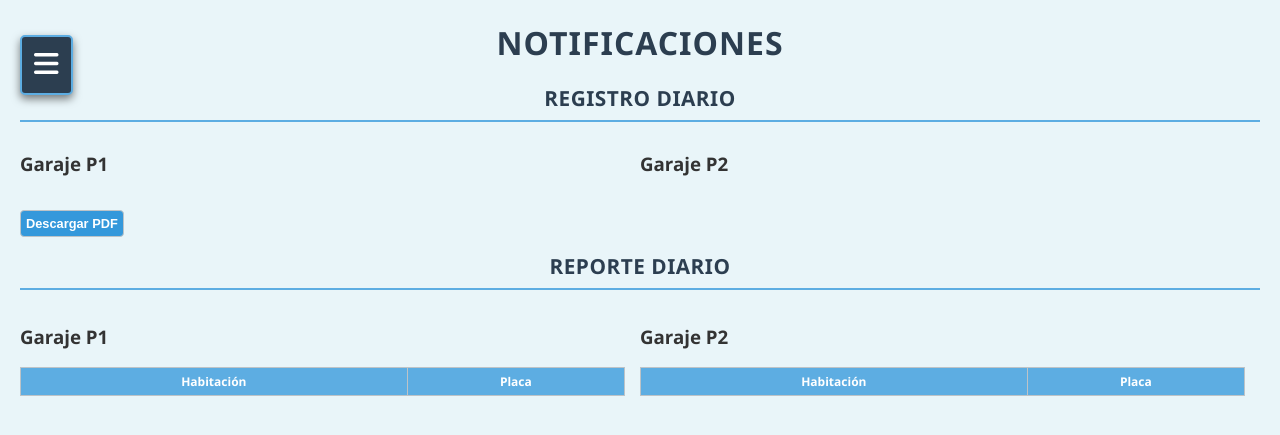
Repository: EddyWebz/base-datos
Page: privado/report.html
An editor plug-in stored every save of this project. The page is shown before and after the next save, followed by the edit.
The browser window is 1280 px wide. The pictures show the whole page.
The page's requests for data from a server got no answer.

Above is the page before, as saved 2024-08-29 20:37:10.

### privado/report.html
<!DOCTYPE html>
<html lang="es">
<head>
    <meta charset="UTF-8">
    <meta name="viewport" content="width=device-width, initial-scale=1, maximum-scale=1, user-scalable=no"> <!-- Desactiva el zoom -->
    <title>Notificaciones y Reportes de Vehículos</title>
    <!-- Vinculación al archivo CSS de notificaciones -->
    <link rel="apple-touch-icon" sizes="180x180" href="/ico.rep/apple-touch-icon.png">
    <link rel="icon" type="image/png" sizes="32x32" href="/ico.rep/favicon-32x32.png">
    <link rel="icon" type="image/png" sizes="16x16" href="/ico.rep/favicon-16x16.png">
    <link rel="manifest" href="/ico.rep/site.webmanifest">
    <link rel="stylesheet" href="/notif.css">
    <!-- Iconos de Font Awesome -->
    <link rel="stylesheet" href="https://cdnjs.cloudflare.com/ajax/libs/font-awesome/6.0.0-beta3/css/all.min.css">
    <script src="https://cdnjs.cloudflare.com/ajax/libs/html2pdf.js/0.9.2/html2pdf.bundle.min.js"></script>
</head>
<body>
    <!-- Menú desplegable -->
    <div class="dropdown-menu">
        <button class="menu-icon">
            <i class="fas fa-bars"></i> <!-- Ícono de Font Awesome -->
        </button>
        <div class="dropdown-content">
            <a href="#" id="home-link">Inicio</a>
            <a href="#" id="home-link">Configuración</a>
            <a href="#" id="home-link">Contactanos</a>
            <a href="#" id="logout-button">Cerrar Sesión</a>
        </div>
    </div>

    <!-- Encabezado de la página -->
    <header>
        <h1>Notificaciones</h1>
    </header>

    <!-- Sección de Notificaciones Activas -->
    <section id="notificaciones">
        <h2>Registro Diario</h2>
        <div class="notificaciones-garajes">
            <div class="garaje">
                <h3>Garaje P1</h3>
                <div id="notificaciones-contenedor-P1" class="notificaciones-contenedor">
                    <!-- Las notificaciones dinámicas de P1 se insertarán aquí -->
                </div>
            </div>
            <div class="garaje">
                <h3>Garaje P2</h3>
                <div id="notificaciones-contenedor-P2" class="notificaciones-contenedor">
                    <!-- Las notificaciones dinámicas de P2 se insertarán aquí -->
                </div>
            </div>
        </div>
    </section>

    <!-- Sección de Reportes -->
    <form id="form-reporte">
        <!-- Botón de Imprimir -->
        <button type="button" id="btn-imprimir">Descargar PDF</button>
    </form>
    <h2>Reporte Diario</h2>

    <div class="reportes-garajes" id="Imprimir">
        <div class="garaje">
            <h3>Garaje P1</h3>
            <table id="tabla-reporte-P1" class="compact-table">
                <thead>
                    <tr>
                        <th>Habitación</th>
                        <th>Placa</th>
                    </tr>
                </thead>
                <tbody>
                    <!-- Las filas de datos se insertarán dinámicamente aquí -->
                </tbody>
            </table>
        </div>

        <div class="garaje">
            <h3>Garaje P2</h3>
            <table id="tabla-reporte-P2" class="compact-table">
                <thead>
                    <tr>
                        <th>Habitación</th>
                        <th>Placa</th>
                    </tr>
                </thead>
                <tbody>
                    <!-- Las filas de datos se insertarán dinámicamente aquí -->
                </tbody>
            </table>
        </div>
    </div>

    <!-- Vinculación al archivo JavaScript de notificaciones y reportes -->
    <script src="/report.js"></script>
</body>
</html>

### BASE-2/notif.css
/* Estilos Generales */
body {
    font-family: 'Segoe UI', Tahoma, Geneva, Verdana, sans-serif;
    background-color: #e9f5f9; /* Un fondo azul claro suave */
    color: #333;
    margin: 20px;
    padding: 0;
    box-sizing: border-box;
}

/* Encabezado */
header h1 {
    text-align: center;
    color: #2c3e50;
    font-size: 1.7em;
    margin-bottom: 11px;
    text-transform: uppercase;
    letter-spacing: 1px;
    animation: fadeIn 1s ease-in-out;
}

/* Estilo unificado para h2 */
h2 {
    color: #2c3e50; /* Un color azul oscuro */
    font-size: 1.3em; /* Tamaño de fuente ajustado */
    font-weight: bold;
    text-align: center; /* Centrar los títulos */
    margin-top: 15px;
    margin-bottom: 15px;
    padding-bottom: 8px;
    border-bottom: 2px solid #5dade2; /* Añadir un borde inferior para separar visualmente */
    letter-spacing: 0.5px;
    text-transform: uppercase; /* Convertir a mayúsculas para consistencia */
    animation: fadeIn 1s ease-in-out;
}

/* Sección de Notificaciones */
#notificaciones h2 {
    margin-bottom: 10px;
    animation: fadeIn 1s ease-in-out;
}

.notificaciones-garajes {
    display: flex;
    justify-content: space-between; /* Permite que los contenedores de garaje ocupen todo el ancho */
}

.garaje {
    flex: 1;
    margin-right: 15px; /* Reducir espacio entre columnas de garajes */
}

.notificaciones-contenedor {
    display: flex;
    flex-direction: column;
    gap: 3px; /* Reducir el espacio entre notificaciones */
    animation: slideInUp 0.5s ease-in-out;
}

.notificacion {
    background-color: #ffffff;
    border-left: 3px solid #5dade2; /* Azul suave para el borde */
    padding: 3px; /* Reducir padding interno */
    box-shadow: 0 2px 4px rgba(0, 0, 0, 0.1);
    border-radius: 4px;
    width: 100%;  /* Ocupa todo el ancho disponible */
    transition: transform 0.3s ease, box-shadow 0.3s ease;
    cursor: pointer;
    font-size: 0.9em; /* Reducir tamaño de la fuente */
}

.notificacion:hover {
    transform: translateY(-2px);
    box-shadow: 0 4px 6px rgba(0, 0, 0, 0.15);
}

/* Botón Descargar PDF */
button {
    padding: 8px 16px; /* Reducir tamaño del botón */
    background-color: #3498db;
    border: none;
    border-radius: 5px;
    color: white;
    font-weight: bold;
    cursor: pointer;
    transition: background-color 0.3s ease;
    margin-top: 15px; /* Agregar margen superior para separarlo del contenido */
}

button:hover {
    background-color: #2980b9;
}

/* Sección de Reportes */
#reportes h2 {
    margin-bottom: 10px;
    animation: fadeIn 1s ease-in-out;
}

#form-reporte {
    display: flex;
    flex-wrap: wrap;
    gap: 10px;
    margin-bottom: 10px;
}

#form-reporte input, #form-reporte button {
    padding: 5px;
    border-radius: 4px;
    border: 1px solid #bdc3c7;
    font-size: 0.8em;
}

#form-reporte button {
    background-color: #3498db; /* Azul suave para el botón */
    color: #ffffff;
    cursor: pointer;
    transition: background-color 0.3s ease, transform 0.3s ease;
}

#form-reporte button:hover {
    background-color: #2980b9; /* Azul más oscuro al pasar el ratón */
    transform: translateY(-2px);
}

/* Tablas de Reportes */
.reportes-garajes {
    display: flex;
    justify-content: space-between; /* Permite que las tablas de garaje ocupen todo el ancho */
}

.compact-table {
    width: 100%;
    border-collapse: collapse;
    margin-bottom: 15px; /* Reducir espacio inferior */
    font-size: 0.75em; /* Reducir tamaño de la fuente */
}

.compact-table th, .compact-table td {
    border: 1px solid #bdc3c7;
    padding: 5px; /* Reducir padding */
    text-align: center;
    background-color: #f2f6f9; /* Azul claro suave */
    color: #2c3e50;
    transition: background-color 0.3s ease;
}

.compact-table th {
    background-color: #5dade2; /* Azul suave para encabezados */
    color: white;
}

.compact-table tr:nth-child(even) {
    background-color: #ecf7fa; /* Azul aún más claro */
}

.compact-table tr:hover {
    background-color: #d0e9f5; /* Color al pasar el ratón */
}

/* Estilo del menú desplegable */
.dropdown-menu {
    position: absolute;
    top: 20px;
    left: 20px;
    z-index: 1000;
}

.menu-icon {
    background-color: #2c3e50;
    color: #ffffff;
    border: 2px solid #5dade2;
    padding: 8px;
    border-radius: 5px;
    cursor: pointer;
    font-size: 18px;
    transition: padding 0.6s cubic-bezier(0.4, 0.0, 0.2, 1),
                font-size 0.6s cubic-bezier(0.4, 0.0, 0.2, 1),
                background-color 0.6s ease,
                transform 0.6s cubic-bezier(0.4, 0.0, 0.2, 1);
    box-shadow: 0 4px 8px rgba(0, 0, 0, 0.5);
    transform: rotate(0deg);
}

.menu-icon:hover {
    background-color: #34495e;
    transform: scale(1.1);
}

.menu-icon.open {
    transform: rotate(90deg);
    transition: transform 0.6s cubic-bezier(0.4, 0.0, 0.2, 1);
}

/* Estilo del contenido desplegable con animación */
.dropdown-content {
    display: none;
    position: absolute;
    left: 0;
    top: 100%;
    background-color: rgba(44, 62, 80, 0.95);
    min-width: 160px;
    box-shadow: 0px 8px 16px 0px rgba(0,0,0,0.2);
    border-radius: 5px;
    z-index: 1001;
    opacity: 0;
    transform: translateY(-10px); /* Ajuste para una transición suave */
    transition: opacity 0.5s ease, transform 0.5s ease; /* Transición para la animación */
}

.dropdown-content.show {
    display: block;
    opacity: 1;
    transform: translateY(0); /* Desplazamiento suave hacia abajo */
}

.dropdown-content.hide {
    opacity: 0;
    transform: translateY(-10px); /* Suave desplazamiento hacia arriba al ocultar */
    transition: opacity 0.5s ease, transform 0.5s ease; /* Transición para la animación */
}

.dropdown-content a {
    color: #ffffff;
    padding: 10px 12px;
    text-decoration: none;
    display: block;
    transition: background-color 0.4s ease;
    border-bottom: 1px solid #34495e;
}

.dropdown-content a:last-child {
    border-bottom: none;
}

.dropdown-content a:hover {
    background-color: #5dade2;
}

/* Aumentar tamaño en pantallas grandes */
@media (min-width: 792px) {

    /* Encabezado */
header h1 {
    text-align: center;
    color: #2c3e50;
    font-size: 2em;
    margin-bottom: 20px;
    text-transform: uppercase;
    letter-spacing: 1px;
    animation: fadeIn 1s ease-in-out;
}
    .menu-icon {
        padding: 12px;
        font-size: 28px;
    }

    .dropdown-content {
        min-width: 200px; /* Aumentar el ancho del menú desplegable en pantallas grandes */
        font-size: 18px; /* Aumentar el tamaño del texto en pantallas grandes */
    }

    .dropdown-content a {
        font-size: 18px; /* Aumentar tamaño del texto de los enlaces */
        padding: 12px 14px; /* Aumentar padding para mayor espacio en el enlace */
    }
}

/* Animaciones */
@keyframes fadeIn {
    0% { opacity: 0; }
    100% { opacity: 1; }
}

@keyframes slideInUp {
    0% {
        transform: translateY(30px);
        opacity: 0;
    }
    100% {
        transform: translateY(0);
        opacity: 1;
    }
}

/* Estilos específicos para impresión */
@media print {
    body {
        background-color: white; /* Asegura un fondo blanco para la impresión */
        color: black; /* Asegura que el texto sea negro */
    }

    #reportes h2, #reportes h3 {
        color: black; /* Asegura que los títulos sean visibles */
    }

    #reportes table {
        width: 100%;
        border-collapse: collapse;
    }

    /* Reducir tamaño de fuente y padding en celdas */
    #reportes th, #reportes td {
        border: 1px solid #000;
        padding: 0px;
        text-align: center;
        height: 6px;
        font-size: 10px;
        background-color: white;
        color: black;
    }

    #reportes th {
        background-color: #ddd;
        color: black;
    }

    #reportes td {
        color: black;
    }

    /* Ocultar elementos no necesarios en la impresión */
    button, #form-reporte {
        display: none;
    }

    /* Ajuste para impresión en una sola página */
    #reportes {
        page-break-before: always;
    }
}

### BASE-2/report.js
document.addEventListener('DOMContentLoaded', () => {
    actualizarNotificaciones();
    generarReporteAutomatico(); // Generar el reporte automáticamente al cargar la página

    // Configurar auto-actualización cada 5 minutos para notificaciones y reporte
    setInterval(actualizarNotificaciones,  1 * 60 * 60 * 1000);
    setInterval(generarReporteAutomatico,  1 * 60 * 60 * 1000);

    // Configurar botón de impresión/descarga
    document.getElementById('btn-imprimir').addEventListener('click', imprimirReporte);

    // Redirección al hacer clic en el enlace "Inicio"
    const homeLink = document.getElementById('home-link');
    homeLink.addEventListener('click', () => {
        window.location.href = '/privado/cuerpo.html';
    });

    // Lógica para cerrar sesión
    const logoutButton = document.getElementById('logout-button');
    logoutButton.addEventListener('click', async () => {
        const response = await fetch('/logout', {
            method: 'POST',
            headers: {
                'Content-Type': 'application/json'
            }
        });

        if (response.ok) {
            window.location.href = '/login'; // Redirigir a la página de inicio de sesión después de cerrar sesión
        } else {
            alert('Error al cerrar sesión. Inténtalo de nuevo.');
        }
    });

    // ---- FUNCIONES DE INTERACCIÓN PARA EL MENÚ ----
    const menuIcon = document.querySelector('.menu-icon');
    const dropdownContent = document.querySelector('.dropdown-content');

    menuIcon.addEventListener('click', () => {
        dropdownContent.classList.toggle('show');
        menuIcon.classList.toggle('open');
    });

    window.addEventListener('click', (e) => {
        if (!menuIcon.contains(e.target) && !dropdownContent.contains(e.target)) {
            dropdownContent.classList.remove('show');
            menuIcon.classList.remove('open');
        }
    });
});

// Resto del código...

// Función para obtener y actualizar las notificaciones activas
function actualizarNotificaciones() {
    fetch('/api/notas/notificaciones')
        .then(response => response.json())
        .then(data => {
            console.log('Notificaciones recibidas:', data); // Para depuración

            const contenedorP1 = document.getElementById('notificaciones-contenedor-P1');
            const contenedorP2 = document.getElementById('notificaciones-contenedor-P2');
            contenedorP1.innerHTML = ''; // Limpiar contenido previo
            contenedorP2.innerHTML = ''; // Limpiar contenido previo

            data.P1.forEach(notificacion => {
                const div = document.createElement('div');
                div.classList.add('notificacion');
                div.innerHTML = `<p><strong>Habitación:</strong> ${notificacion.habitacion} <strong>Placa:</strong> ${notificacion.plate}</p>`;
                contenedorP1.appendChild(div);
            });

            data.P2.forEach(notificacion => {
                const div = document.createElement('div');
                div.classList.add('notificacion');
                div.innerHTML = `<p><strong>Habitación:</strong> ${notificacion.habitacion} <strong>Placa:</strong> ${notificacion.plate}</p>`;
                contenedorP2.appendChild(div);
            });
        })
        .catch(error => console.error('Error al obtener notificaciones:', error));
}

// Función para generar y actualizar el reporte automático de vehículos en garaje
function generarReporteAutomatico() {
    fetch('/api/notas/reportes')
        .then(response => response.json())
        .then(data => {
            console.log('Datos del reporte recibidos:', data); // Para depuración

            const tbodyP1 = document.getElementById('tabla-reporte-P1').querySelector('tbody');
            const tbodyP2 = document.getElementById('tabla-reporte-P2').querySelector('tbody');
            tbodyP1.innerHTML = ''; // Limpiar contenido previo
            tbodyP2.innerHTML = ''; // Limpiar contenido previo

            data.P1.forEach(registro => {
                const tr = document.createElement('tr');
                tr.innerHTML = `<td>${registro.habitacion}</td><td>${registro.plate}</td>`;
                tbodyP1.appendChild(tr);
            });

            data.P2.forEach(registro => {
                const tr = document.createElement('tr');
                tr.innerHTML = `<td>${registro.habitacion}</td><td>${registro.plate}</td>`;
                tbodyP2.appendChild(tr);
            });
        })
        .catch(error => console.error('Error al generar el reporte:', error));
}

// Función para imprimir o descargar el reporte como PDF
function imprimirReporte() {
    // Verificar si la página ya ha sido recargada
    if (!window.location.hash) {
        window.location = window.location + '#imprimir';
        window.location.reload();
    } else {
        // Si ya ha sido recargada, procede a imprimir solo la parte del reporte
        const printContents = document.getElementById('Imprimir').innerHTML;
        const originalContents = document.body.innerHTML;

        document.body.innerHTML = printContents;
        window.print();
        document.body.innerHTML = originalContents;

        // Esto es para evitar que la URL tenga el hash #imprimir
        window.history.replaceState('', document.title, window.location.pathname);
    }
}

// Refrescar la página después de cerrar el cuadro de diálogo de impresión
window.addEventListener('afterprint', function() {
    window.location.reload();
});

After the next save:
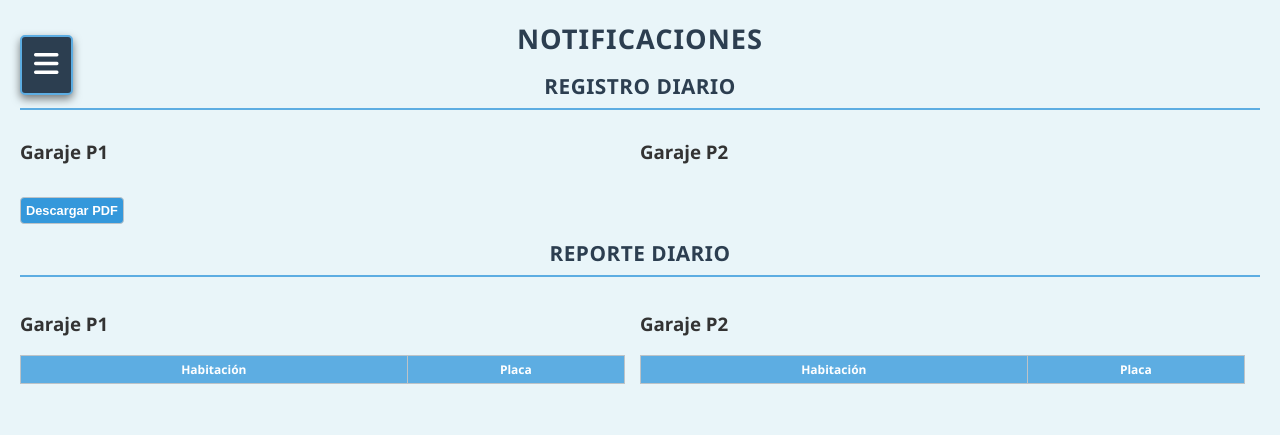
Saved 17 min 33 s later.
--- a/BASE-2/notif.css
+++ b/BASE-2/notif.css
@@ -194,7 +194,7 @@ button:hover {
 
 /* Estilo del contenido desplegable con animación */
 .dropdown-content {
-    display: none;
+    display: block; /* Cambiado para asegurar que esté siempre visible y manejado solo por la animación */
     position: absolute;
     left: 0;
     top: 100%;
@@ -209,7 +209,6 @@ button:hover {
 }
 
 .dropdown-content.show {
-    display: block;
     opacity: 1;
     transform: translateY(0); /* Desplazamiento suave hacia abajo */
 }
@@ -239,17 +238,6 @@ button:hover {
 
 /* Aumentar tamaño en pantallas grandes */
 @media (min-width: 792px) {
-
-    /* Encabezado */
-header h1 {
-    text-align: center;
-    color: #2c3e50;
-    font-size: 2em;
-    margin-bottom: 20px;
-    text-transform: uppercase;
-    letter-spacing: 1px;
-    animation: fadeIn 1s ease-in-out;
-}
     .menu-icon {
         padding: 12px;
         font-size: 28px;
